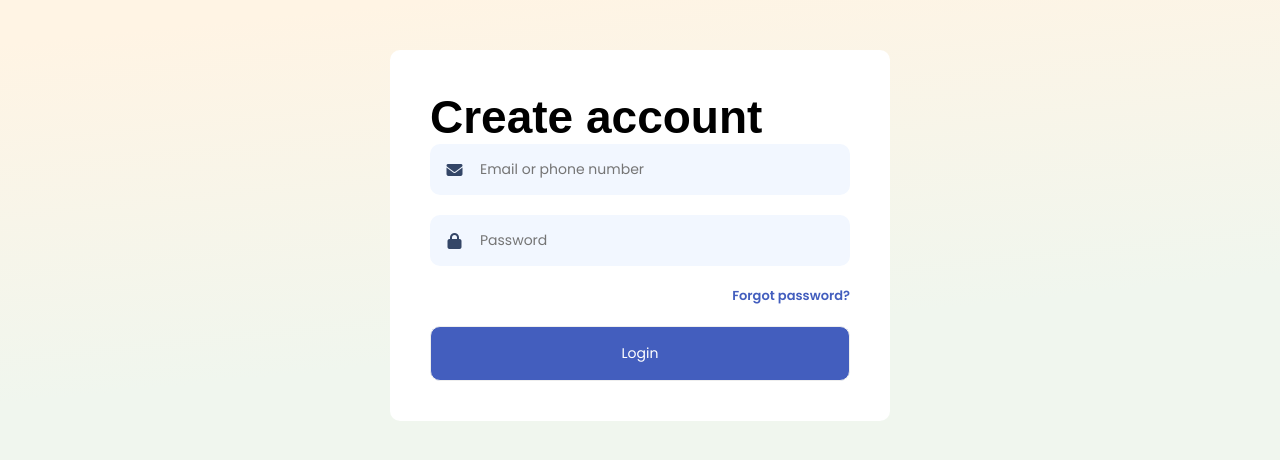
Repository: VuTuanAnh0949/loginForm
Page: index.html
The author's editor kept a copy of each file at every save. The page is drawn from the files as they stood at one save, then again after the next save.
The browser window is 1280 px wide. The pictures show the whole page.

Above is the page before, as saved 2022-04-15 21:09:15.

### index.html
<!DOCTYPE html>
<html lang="en">
<head>
  <meta charset="UTF-8">
  <meta http-equiv="X-UA-Compatible" content="IE=edge">
  <meta name="viewport" content="width=device-width, initial-scale=1.0">
  <link
  href="https://fonts.googleapis.com/css2?family=Poppins:wght@300;400;600&display=swap"
  rel="stylesheet"
/>
<link rel="stylesheet" href="style.css">
<link rel="stylesheet" href="/fontawesome-free-6.1.1-web/css/all.css">
  <title>Login</title>
</head>
<body>
  <div class="login">
    <div class="login__heading">
      Create account
    </div>
    <div class="login-field">
      <i class="fa-solid fa-envelope login-icon"></i>
      <input type="email" class="login-input" placeholder="Email or phone number">
    </div>
    <div class="login-field">
      <i class="fa-solid fa-lock login-icon"></i>
      <input type="password" class="login-input" placeholder="Password">
    </div>
    <a href="#" class="login__forgot--password">Forgot password?</a>
    <button class="login-submit">Login</button>
  </div>
</body>
</html>

### style.css
html{
  font-size: 62.5%;
  font-family: "Poppins", sans-serif;
}
*{
box-sizing: border-box;
}
body{
  background-image: linear-gradient( 174.2deg,  rgba(255,244,228,1) 7.1%, rgba(240,246,238,1) 67.4% );
}
.login{
width: 500px;
margin: 50px auto;
padding: 40px;
background-color: white;
border-radius: 10px;
}
.login__heading{
  font-size: 46px;
  font-family: Arial, Helvetica, sans-serif;
  font-weight: 700;
}
.login-field{
  display: flex;
  align-items: center;
  background-color: #f2f7ff;
  padding: 15px;
  margin-bottom: 20px;
  border-radius: 10px;
}
.login-icon{
  color: #344667;
  font-size: 16px;
  width: 20px;
  text-align: center;

}
.login-input{
  font-family: "Poppins", sans-serif;
  border: 0;
  padding: 0 0 0 16px;
  background-color: transparent;
  width: 100%;
  outline: none;
  font-size: 14px;
}
.login-submit{
  color: white;
  border-radius: 10px;
  display: block;
  width: 100%;
  border: 0;
  padding: 16px 10px;
   background-color: #435ebe;
   font-size: 14px;
   font-family: "Poppins", sans-serif;
   cursor: pointer;
   outline: none;
   border: 1px solid #eee;
}
.login__forgot--password{
  display: block;
  text-decoration: none;
  text-align: right;
  margin-bottom: 20px;
  font-size: 13px;
  font-weight: 600;
  color: #435ebe;
  }

Loaded but not shown: fontawesome-free-6.1.1-web/css/all.css (library)

After the next save:
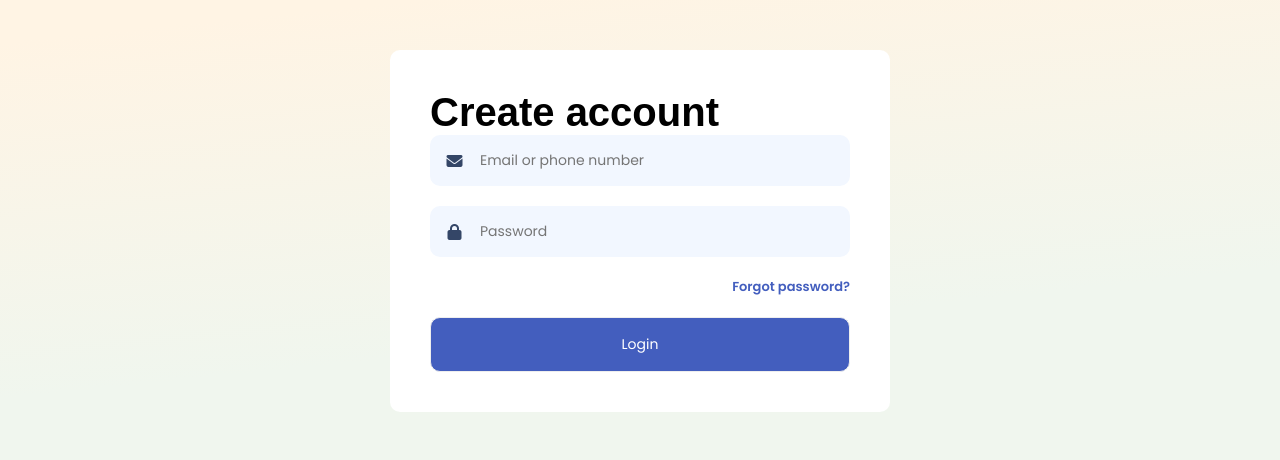
Saved 6 s later.
--- a/style.css
+++ b/style.css
@@ -16,7 +16,7 @@ background-color: white;
 border-radius: 10px;
 }
 .login__heading{
-  font-size: 46px;
+  font-size: 40px;
   font-family: Arial, Helvetica, sans-serif;
   font-weight: 700;
 }
